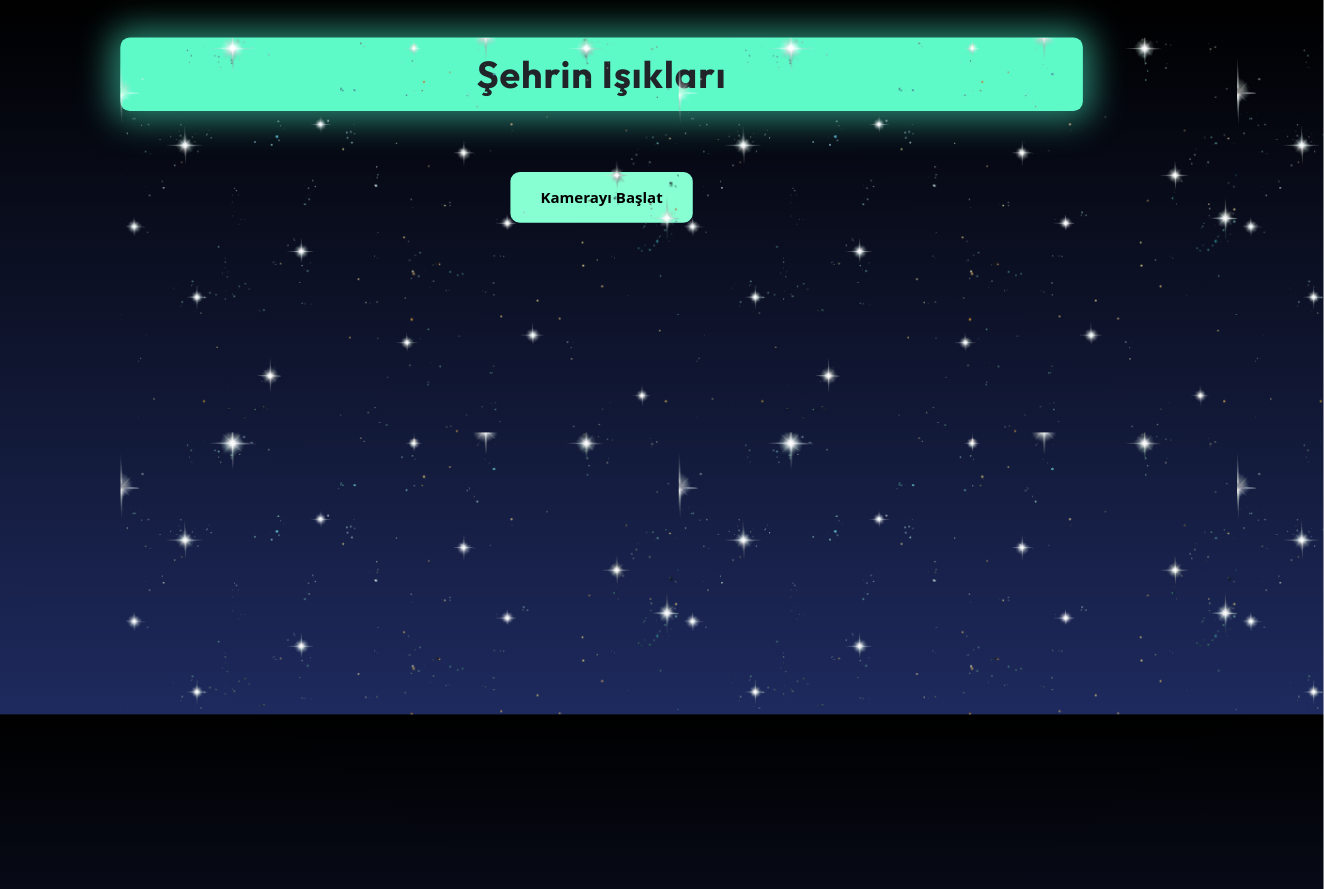
Repository: BiranOrundas/CameraQR
Page: index.html
An editor plug-in stored every save of this project. The page is shown before and after the next save, followed by the edit.
The browser window is 1280 px wide. The page is 1408 px wide, then 1280 px, so the pictures cover 1408 px, including what lies to the right of the window. The pictures show the whole page, at 94% of full size.

Above is the page before, as saved 2024-08-29 15:42:10.

After the next save:
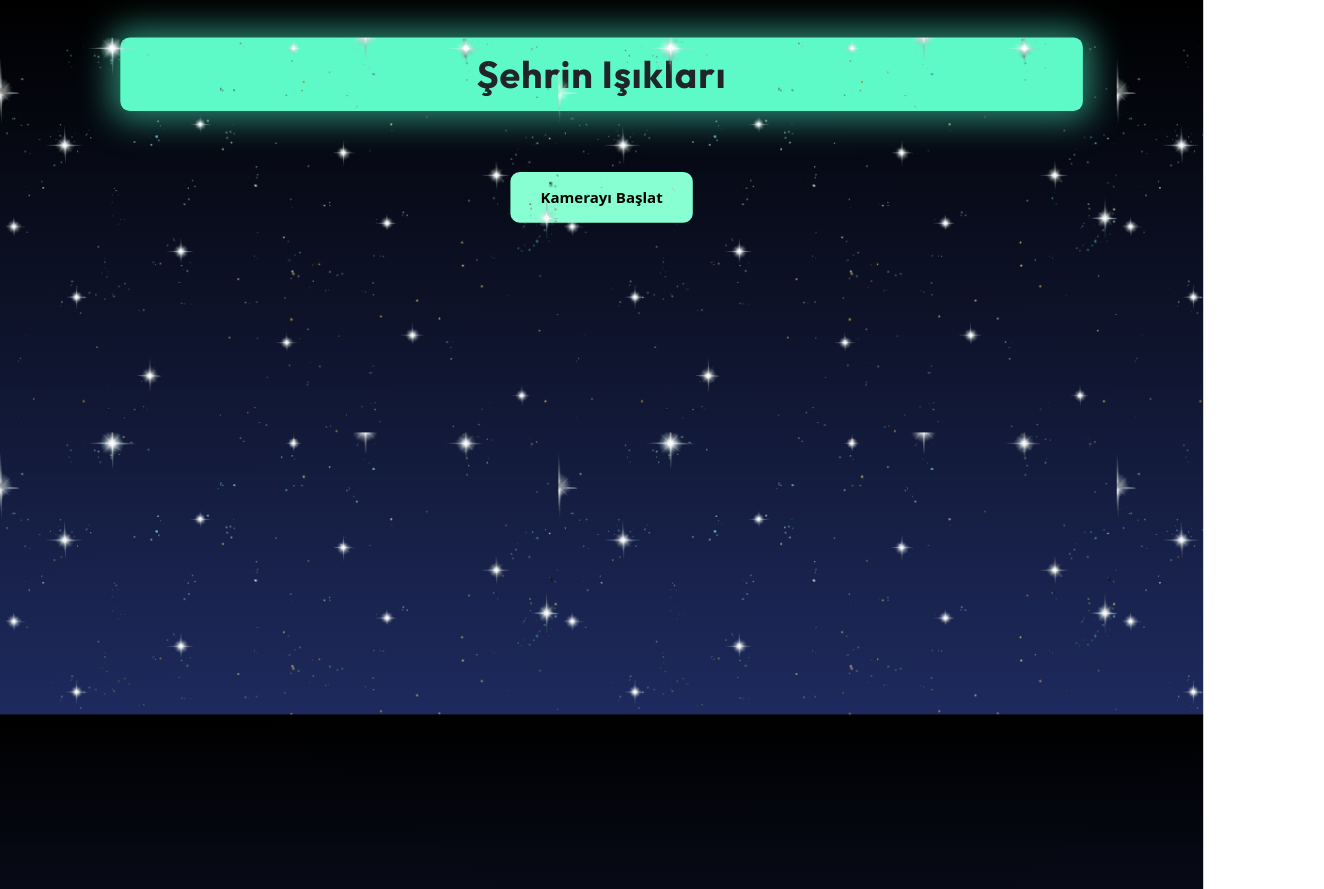
Saved 65 s later.
--- a/style.css
+++ b/style.css
@@ -14,7 +14,7 @@
   background-image: url(stars.png);
   height: 100vh;
   width: 100vw;
-  margin-right: 15vw;
+  margin-left: -10%;
   object-fit: cover;
   z-index: 0;
 }
